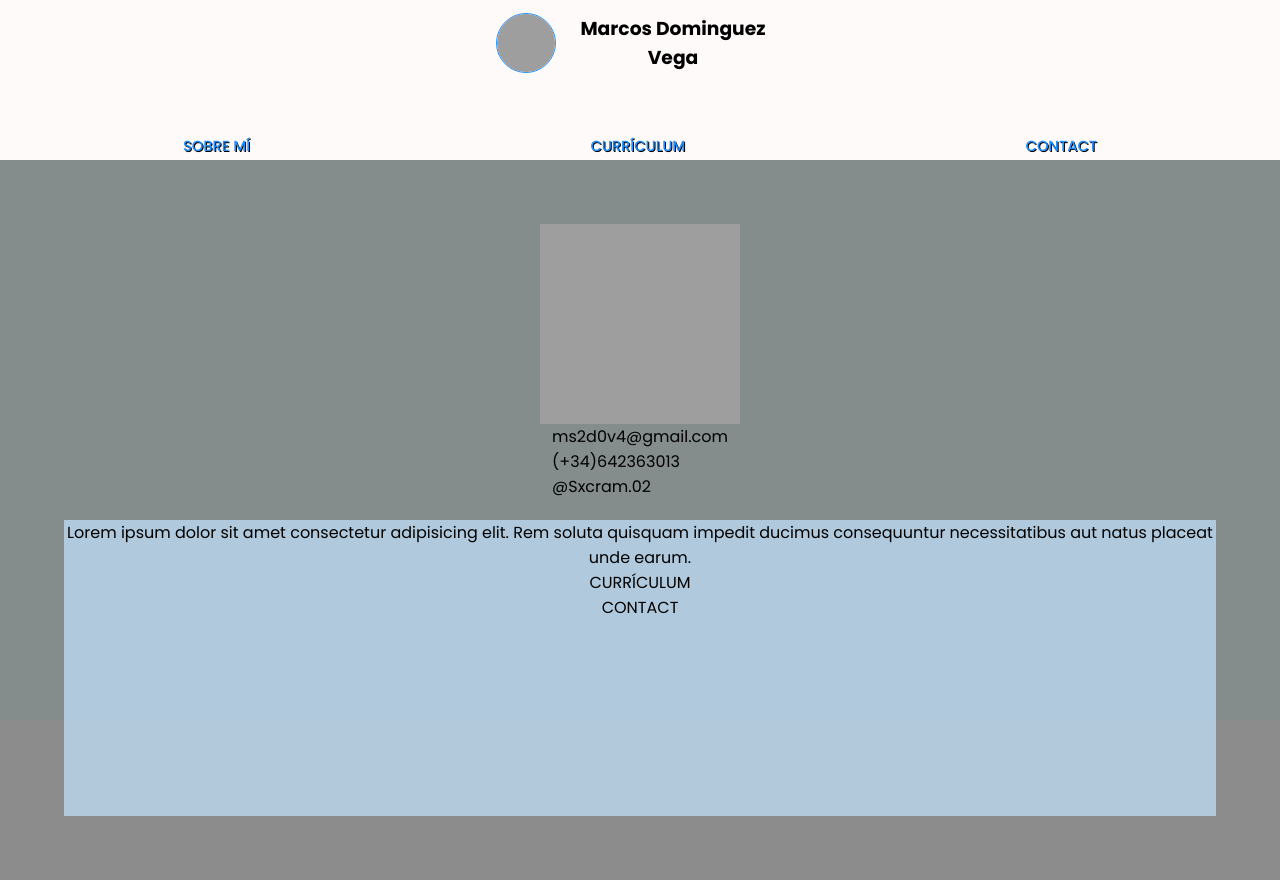
Repository: Sxcram02/Portfoliov.2
Page: index.html
An editor plug-in stored every save of this project. The page is shown before and after a run of saves, followed by the edit.
The browser window is 1280 px wide. The pictures show the whole page.
Pictures or frames that could not be fetched are drawn as grey boxes.

Above is the page before, as saved 2023-04-11 00:19:21.

After the next 3 saves:
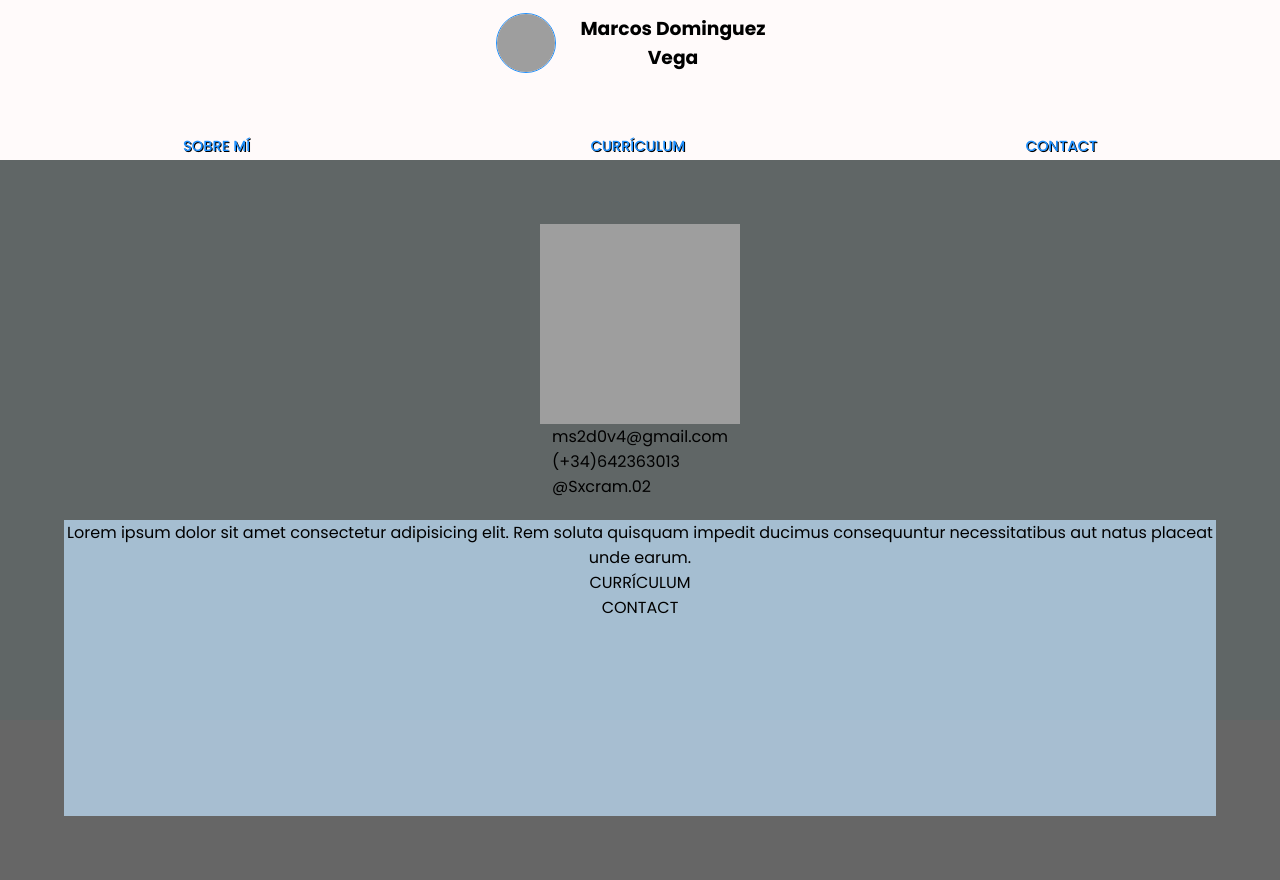
The 3 saves are shown as one change because they came seconds apart.
The last was saved 15 s later.
--- a/css/style.css
+++ b/css/style.css
@@ -79,7 +79,7 @@ main {
 .sobreMi {
     height: 100%;
     padding: 5%;
-    background-color: rgba(0, 0, 0, 0.451);
+    background-color: rgba(0, 0, 0, 0.599);
     display: grid;
     grid-template-columns: 1,1fr;
     grid-template-rows: repeat(2,1fr);
